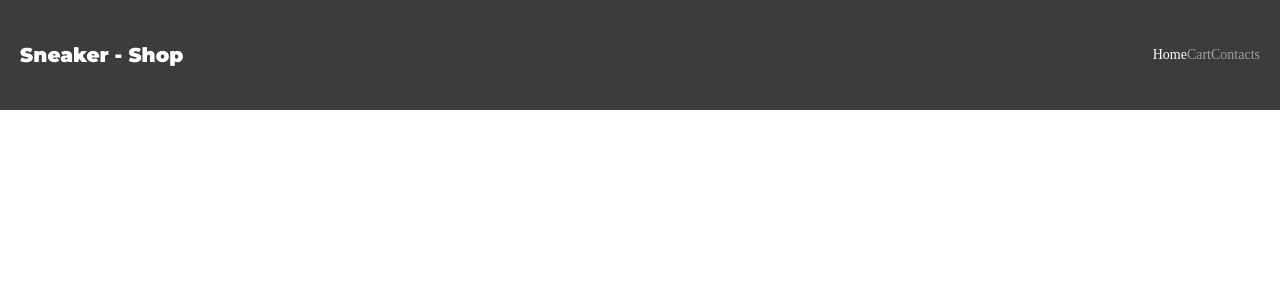
Repository: IstratiiNik/sneaker-shop
Page: /
An editor plug-in stored every save of this project. The page is shown before and after a run of saves, followed by the edit.
The browser window is 1280 px wide. The pictures show the whole page.
The project was rebuilt for these pictures with package versions that can differ from the ones it lists, and the page was loaded fresh each time. Also part of the build but not shown: vite.config.js.

Above is the page before, as saved 2025-07-01 13:47:26.

After the next 2 saves:
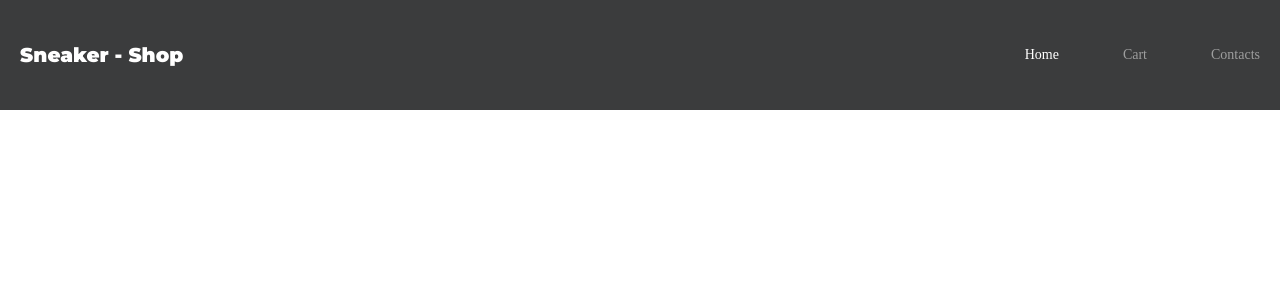
The 2 saves are shown as one change because 1 did not build or start.
The last was saved 24 s later.
--- a/src/components/Header/Header.module.scss
+++ b/src/components/Header/Header.module.scss
@@ -22,6 +22,6 @@
 }
 
 .nav {
-	display: flex;
-
+  display: flex;
+  gap: 64px;
 }
